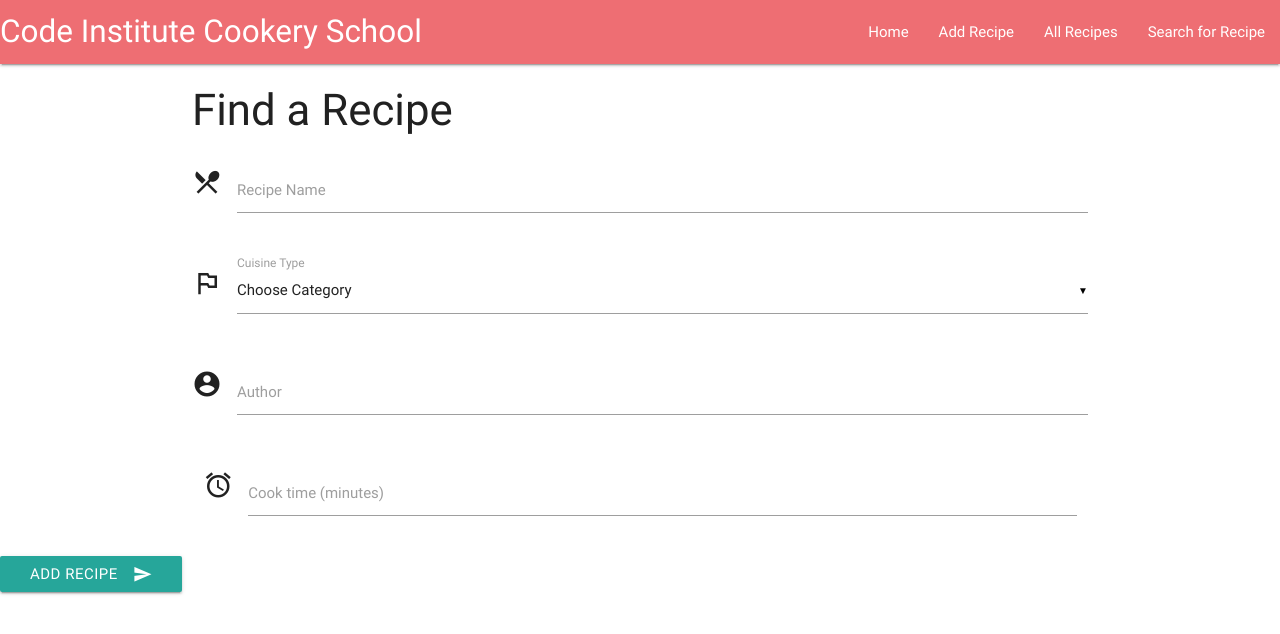
Repository: nakitamccool/francisillingworth-milestone-project-3
Page: templates/findrecipe.html
The author's editor kept a record of every edit. The page is drawn from the files as they stood at one moment, then again after the next edit.
The browser window is 1280 px wide. The pictures show the whole page.
The page is served by the project's application, run on Flask 3 (app.py). The template is opened directly, without the code that normally fills it, so the values that code supplies are empty.

Above is the page before.

After the next edit:
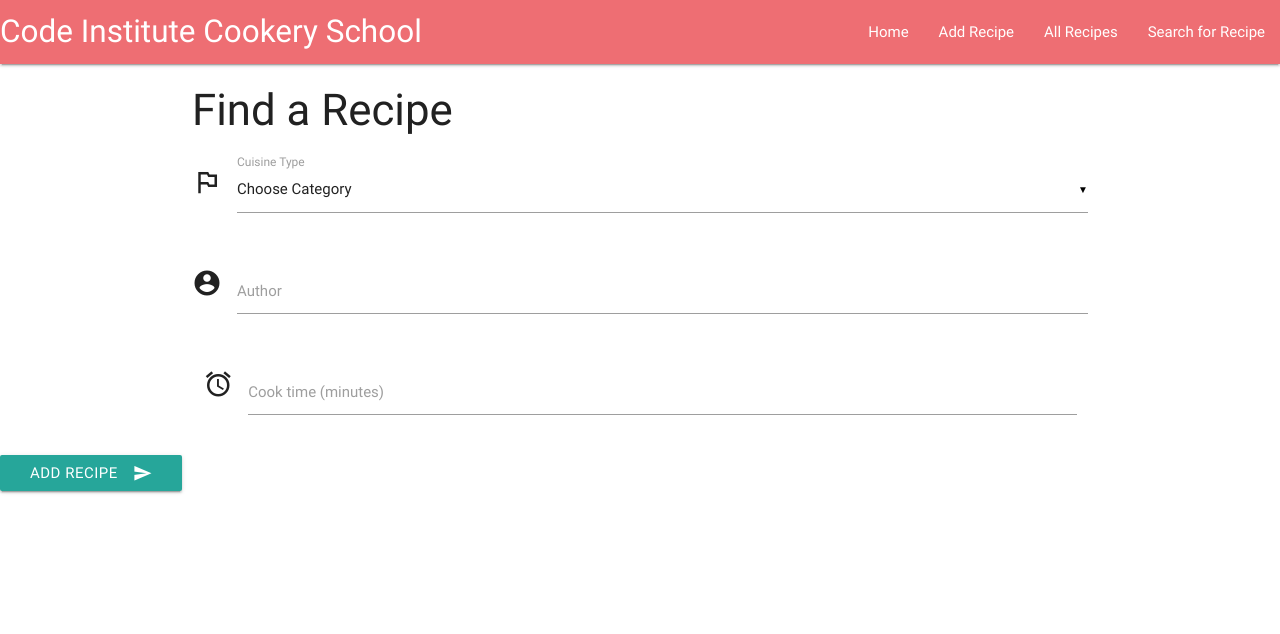
The edit:
--- a/templates/findrecipe.html
+++ b/templates/findrecipe.html
@@ -3,13 +3,7 @@
 <h3>Find a Recipe</h3>
 <div class="row">
     <form action="{{ url_for('insert_recipe') }}" method="POST" class="col s12">
-        <div class="row">
-            <div class="input-field col s12">
-                <i class="material-icons prefix">local_dining</i>
-                <input id="recipe_name" name="recipe_name" id="recipe_name" type="text" class="validate">
-                <label for="icon_prefix">Recipe Name</label>
-            </div>
-        </div>
+
 
         <div class="row">
             <div class="input-field col s12">
